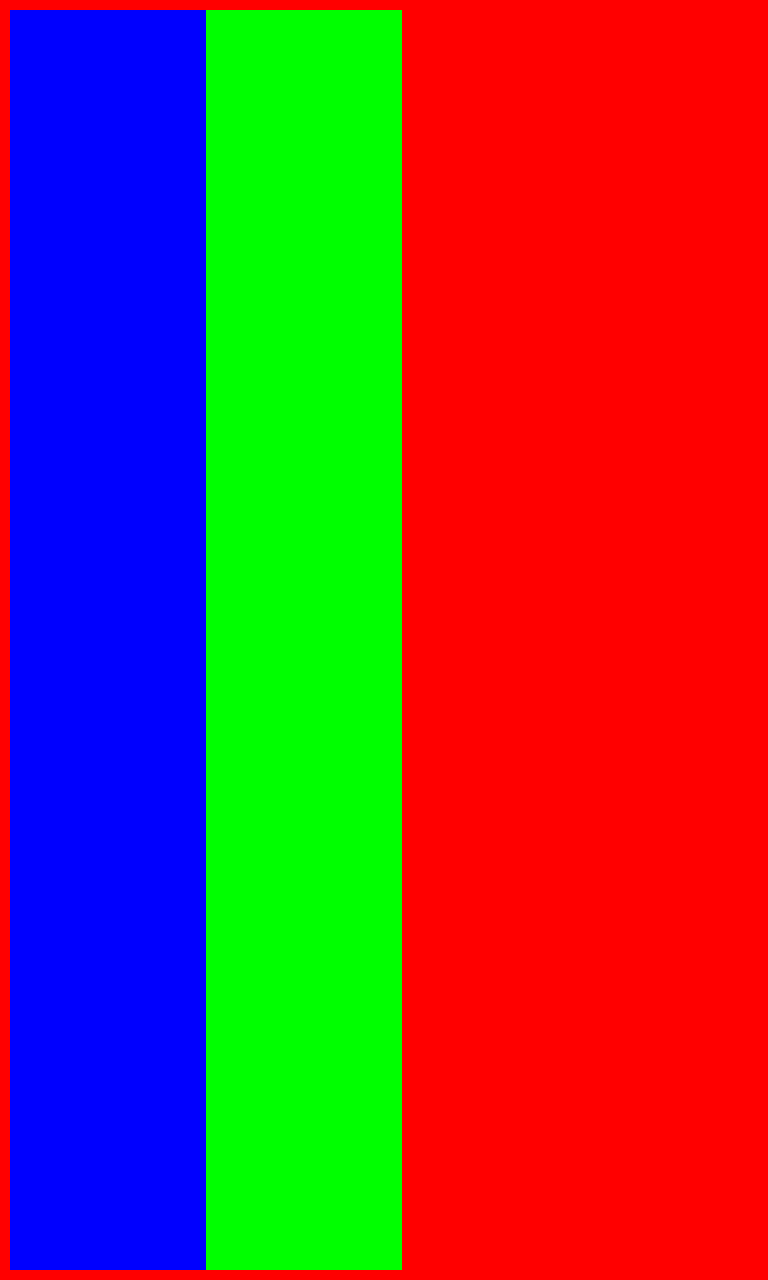
Repository: SpaceApp-TheTeam/mobileApp
Layout: Nasa/res/layout/one.xml
The author's editor kept a copy of each file at every save. The layout is drawn from the files as they stood at one save, then again after the next save.
It is drawn on a 768 x 1280 px phone screen (xhdpi) without system bars, with theme AppTheme; the app's code is not run.

Above is the layout before, as saved 2015-04-11 21:41:03.

After the next save:
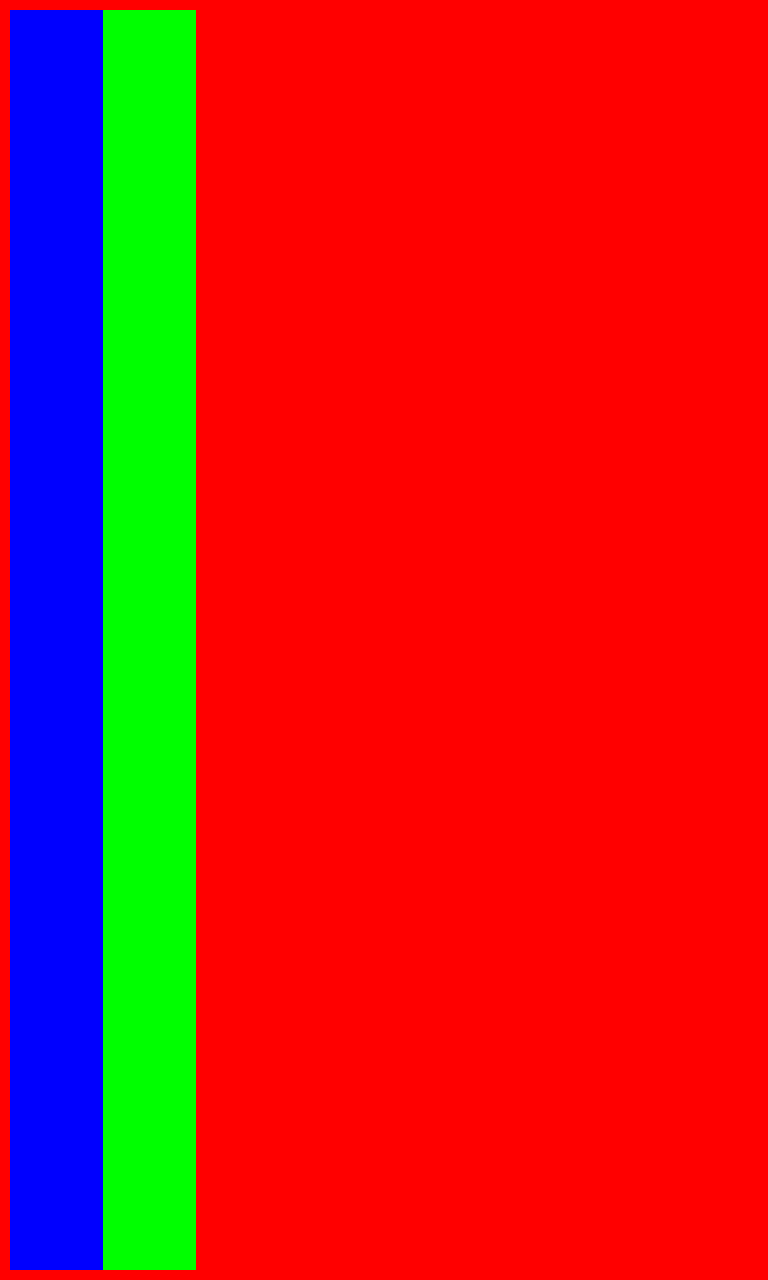
Saved 2 min 45 s later.
--- a/Nasa/res/layout/one.xml
+++ b/Nasa/res/layout/one.xml
@@ -10,14 +10,16 @@
 
     <LinearLayout
         android:id="@+id/linear1"
-        android:layout_width="98dp"
+        android:layout_width="0dp"
+        android:layout_weight=".5"
         android:layout_height="match_parent"
         android:background="#0000FF"
         android:orientation="horizontal" />
 
     <LinearLayout
-        android:background="#00FF00"
+        android:layout_width="0dp"
+        android:layout_weight=".5"
         android:layout_height="match_parent"
-        android:layout_width="98dp"
-         />
+        android:background="#00FF00" />
+
 </LinearLayout>
